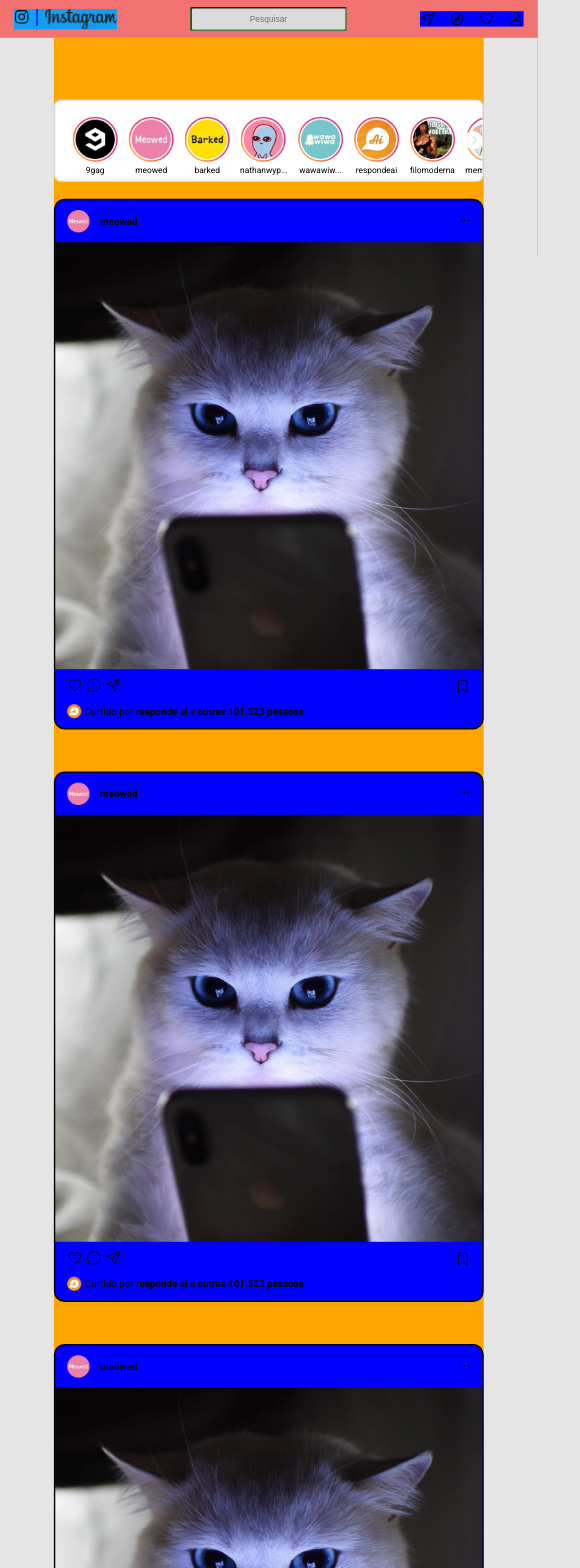
Repository: Zezinoo/proj-2-instagram-clone
Page: index.html
An editor plug-in stored every save of this project. The page is shown before and after the next save, followed by the edit.
The browser window is 768 px wide. The page is 768 px wide, then 829 px, then 768 px, so the pictures cover 829 px, including what lies to the right of the window. The pictures show the part of the page from y = 0 to 2240 px (the page is 2738 px tall), at 70% of full size.
Some web libraries are served in a nearby version.

Above is the page before, as saved 2022-06-05 03:57:39.

### index.html
<!DOCTYPE html>
<html lang="en">
<head>
    <meta charset="UTF-8">
    <meta http-equiv="X-UA-Compatible" content="IE=edge">
    <meta name="viewport" content="width=device-width, initial-scale=1.0">
    <link rel="stylesheet" href="reset.css">
    <link rel="stylesheet" href="style.css">
    <link rel="preconnect" href="https://fonts.googleapis.com">
    <link rel="preconnect" href="https://fonts.gstatic.com" crossorigin>
    <link href="https://fonts.googleapis.com/css2?family=Encode+Sans:wght@100;200;300;400;500;600;700&family=Roboto:ital,wght@0,100;0,300;0,400;0,500;0,700;1,100;1,300;1,400;1,500&display=swap" rel="stylesheet">
    <title>Instagram</title>
</head>
<body>
<div class="top">
    <div class = "align-top">
        <div class = "logo">
            <ion-icon name="logo-instagram" style="font-size:22px"></ion-icon>
        <div class="vertical-line"></div>
            <img src="./imgs/logo 1.svg" alt="">
    </div>
        <div class="search-bar">
            <input type="text" placeholder="Pesquisar">
        </div>
    <div class="top-icons">
        <ion-icon name="paper-plane-outline"></ion-icon>
        <ion-icon name="compass-outline"></ion-icon>
        <ion-icon name="heart-outline"></ion-icon>
        <ion-icon name="person-outline"></ion-icon>
    </div>
    </div>
</div>
<div class="top-medium">
    <div class="medium-logo">
        <ion-icon name="logo-instagram" style="font-size:22px"></ion-icon>
        <div class="vertical-line"></div>
        <img src="./imgs/logo 1.svg" alt="">
    </div>
    <div class="medium-search-bar">
        <input type="text" placeholder="Pesquisar">
    </div>
<div class="medium-top-icons">
    <ion-icon name="paper-plane-outline"></ion-icon>
    <ion-icon name="compass-outline"></ion-icon>
    <ion-icon name="heart-outline"></ion-icon>
    <ion-icon name="person-outline"></ion-icon>
</div>
</div>
<div class="feed">
    <div class="content">
        <div class="stories">
            <div class="story">
                <img src="./imgs/stories_background 3.png" alt="">
                <div class="user-logo">
                    <img src="./imgs/9gag 1.png" alt="">
                </div>
                <div class="user-name">
                    9gag
                </div>
            </div>
            <div class="story">
                <img src="./imgs/stories_background 3.png" alt="">
                <div class="user-logo">
                    <img src="./imgs/meowed 1.png" alt="">
                </div>
                <div class="user-name">
                    meowed
                </div>
            </div>
            <div class="story">
                <img src="./imgs/stories_background 3.png" alt="">
                <div class="user-logo">
                    <img src="./imgs/barked 1.png" alt="">
                </div>
                <div class="user-name">
                    barked
                </div>
            </div>
            <div class="story">
                <img src="./imgs/stories_background 3.png" alt="">
                <div class="user-logo">
                    <img src="./imgs/nathanwpylestrangeplanet 1.png" alt="">
                </div>
                <div class="user-name">
                    nathanwyp...
                </div>
            </div>
            <div class="story">
                <img src="./imgs/stories_background 3.png" alt="">
                <div class="user-logo">
                    <img src="./imgs/wawawiwacomicsa 1.png" alt="">
                </div>
                <div class="user-name">
                    wawawiw...
                </div>
            </div>
            <div class="story">
                <img src="./imgs/stories_background 3.png" alt="">
                <div class="user-logo">
                    <img src="./imgs/respondeai 1.png" alt="">
                </div>
                <div class="user-name">
                    respondeai
                </div>
            </div>
            <div class="story">
                <img src="./imgs/stories_background 3.png" alt="">
                <div class="user-logo">
                    <img src="./imgs/filomoderna 1.png" alt="">
                </div>
                <div class="user-name">
                    filomoderna
                </div>
            </div>
            <div class="story">
                <img src="./imgs/stories_background 3.png" alt="">
                <div class="user-logo">
                    <img src="./imgs/memeriagourmet 1.png" alt="">
                </div>
                <div class="user-name">
                    memeriagourmet
                </div>
                <div class="arrow">
                    <ion-icon name="chevron-forward-circle"></ion-icon>
                </div>
            </div>
        </div>
        <div class="post">
            <div class="info">
                <div class="op">
                    <img src="./imgs/meowed 2.png" alt="">
                    <div class="op-name">
                    meowed
                    </div>
                </div>
                <div class="dots">
                    <ion-icon name="ellipsis-horizontal"></ion-icon>
                </div>
            </div>
            <img src="./imgs/gato-telefone 1.png" alt="">
            <div class="bottom">
                <div class="post-icons">
                    <div class="left-icons">
                        <ion-icon name="heart-outline"></ion-icon>
                        <ion-icon name="chatbubble-outline"></ion-icon>
                        <ion-icon name="paper-plane-outline"></ion-icon>
                    </div>
                    <ion-icon name="bookmark-outline"></ion-icon>
                </div>
                <div class="comments">
                    <div class="follow-image">
                        <img src="./imgs/respondeai 2.png" alt="">
                    </div>
                    <div class="comment-message">
                        <p>Curtido por <strong>responde ai</strong> e <strong>outras 101.523 pessoas</strong></p>
                    </div>
                </div>
            </div>
        </div>
        <div class="post">
            <div class="info">
                <div class="op">
                    <img src="./imgs/meowed 2.png" alt="">
                    <div class="op-name">
                    meowed
                    </div>
                </div>
                <div class="dots">
                    <ion-icon name="ellipsis-horizontal"></ion-icon>
                </div>
            </div>
            <img src="./imgs/gato-telefone 1.png" alt="">
            <div class="bottom">
                <div class="post-icons">
                    <div class="left-icons">
                        <ion-icon name="heart-outline"></ion-icon>
                        <ion-icon name="chatbubble-outline"></ion-icon>
                        <ion-icon name="paper-plane-outline"></ion-icon>
                    </div>
                    <ion-icon name="bookmark-outline"></ion-icon>
                </div>
                <div class="comments">
                    <div class="follow-image">
                        <img src="./imgs/respondeai 2.png" alt="">
                    </div>
                    <div class="comment-message">
                        <p>Curtido por <strong>responde ai</strong> e <strong>outras 101.523 pessoas</strong></p>
                    </div>
                </div>
            </div>
        </div>
        <div class="post">
            <div class="info">
                <div class="op">
                    <img src="./imgs/meowed 2.png" alt="">
                    <div class="op-name">
                    meowed
                    </div>
                </div>
                <div class="dots">
                    <ion-icon name="ellipsis-horizontal"></ion-icon>
                </div>
            </div>
            <img src="./imgs/gato-telefone 1.png" alt="">
            <div class="bottom">
                <div class="post-icons">
                    <div class="left-icons">
                        <ion-icon name="heart-outline"></ion-icon>
                        <ion-icon name="chatbubble-outline"></ion-icon>
                        <ion-icon name="paper-plane-outline"></ion-icon>
                    </div>
                    <ion-icon name="bookmark-outline"></ion-icon>
                </div>
                <div class="comments">
                    <div class="follow-image">
                        <img src="./imgs/respondeai 2.png" alt="">
                    </div>
                    <div class="comment-message">
                        <p>Curtido por <strong>responde ai</strong> e <strong>outras 101.523 pessoas</strong></p>
                    </div>
                </div>
            </div>
        </div>
    </div>
    <div class="sidebar">
        <div class="user">
            <img src="./imgs/catanacomics 1.png" alt="">
            <div class="user-info">
                <div class="username">
                    catanacomics
                </div>
                <div class="name">
                    Catana
                </div>
            </div>
        </div>
        <div class="suggestion-text">
            <div class="recommended">
                Sugestões para voce
            </div>
            <div class="for-you">
                Ver tudo
            </div>
        </div>
        <div class="suggestion">
            <div class="suggestion-user">
                <img src="./imgs/badvibesmemes 1.png" alt="">
                <div class="user-info">
                    <div class="username">
                        bad.vibes.memes
                    </div>
                    <div class="name">
                        Segue você
                    </div>
                </div>
            </div>
            <div class="follow">
                Seguir
            </div>
        </div>
        <div class="suggestion">
            <div class="suggestion-user">
                <img src="./imgs/badvibesmemes 1.png" alt="">
                <div class="user-info">
                    <div class="username">
                        bad.vibes.memes
                    </div>
                    <div class="name">
                        Segue você
                    </div>
                </div>
            </div>
            <div class="follow">
                Seguir
            </div>
        </div>
        <div class="suggestion">
            <div class="suggestion-user">
                <img src="./imgs/badvibesmemes 1.png" alt="">
                <div class="user-info">
                    <div class="username">
                        bad.vibes.memes
                    </div>
                    <div class="name">
                        Segue você
                    </div>
                </div>
            </div>
            <div class="follow">
                Seguir
            </div>
        </div>
        <div class="suggestion">
            <div class="suggestion-user">
                <img src="./imgs/badvibesmemes 1.png" alt="">
                <div class="user-info">
                    <div class="username">
                        bad.vibes.memes
                    </div>
                    <div class="name">
                        Segue você
                    </div>
                </div>
            </div>
            <div class="follow">
                Seguir
            </div>
        </div>
        <div class="suggestion">
            <div class="suggestion-user">
                <img src="./imgs/badvibesmemes 1.png" alt="">
                <div class="user-info">
                    <div class="username">
                        bad.vibes.memes
                    </div>
                    <div class="name">
                        Segue você
                    </div>
                </div>
            </div>
            <div class="follow">
                Seguir
            </div>
        </div>
        <div class="help-text">
            <p>Sobre • Ajuda • Imprensa • API • Carreiras • Privacidade •
                Termos • Localizações • Contas mais relevantes • Hashtags •
                Idioma</p>
        </div>
        <div class="trademark">
            <p>© 2021 INSTAGRAM DO FACEBOOK</p>
        </div>
    </div>
</div>
<script src="https://unpkg.com/ionicons@5.4.0/dist/ionicons.js"></script>

</body>
</html>

### style.css

body{
    background-color: #e5e5e5;
    display: flex;
    flex-direction: column;
    align-items: center;
    justify-content: center;
    font-family: 'Roboto', sans-serif;
}


.top {
    width: 100%;
    height: 54px;
    display: flex;
    flex-direction: row;
    justify-content: space-around;
    align-items: center;
    background-color: rgba(255, 0, 0, 0.5);
    position: relative;
}

.align-top{
    display: flex;
    flex-direction: row;
    align-items: center;
    justify-content: space-between;
    position: absolute;
    left: 215px;
    z-index: 1;
}

.logo{
    display: flex;
    position: relative;
    align-items: flex-start;
    width: 100%;
    margin-right: 214px;
}

.vertical-line{
    height: 22px;
    margin: 0 10px;
    border: blue 1px solid;
}

.search-bar{
    margin-right: 212px;
}

.search-bar input{
    height: 28px;
    width: 215px;
    border-radius: 4px;
}

.top-icons{
    width: 100%;
    display: flex;
    flex-direction:row;
    justify-content:space-between;
    background-color:blue;
}

.top-icons ion-icon{
    font-size: 22px;
    margin-right: 20px;
}
.top-icons ion-icon:nth-child(4){
    margin-right: 0px;
}

.feed {
    display: flex;
    flex-direction: row;
    position: absolute;
    top: 54px;
    left: 215px;
}


.content{
    display: flex;
    flex-direction: column;
    background-color: orange;
}

strong{
    font-weight: bold;
}

.stories{
    margin-top: 88px;
    margin-bottom: 24px;
    width: 614px;
    height:118px;
    display: flex;
    flex-direction: row;
    align-items: center;
    position: relative;
    justify-content: flex-start;
    background-color: #FFFFFF;
    overflow: hidden;
    border-radius: 10px;
    border: 2px solid #DBDBDB;
    box-sizing: border-box;
}
.stories .story:nth-child(1){
    margin-left:24px;
}

.story{
    display: flex;
    flex-direction: column;
    justify-content: center;
    margin-right: 14px;
    margin-top: 20px;
    position: relative;
}

.story img{
    width: 66px;
    height: 66px;
}

.story .user-logo{
    display: flex;
    position: absolute;
    top: 5px;
    left: 5px;
    z-index: 1;
}

.story .user-name{
    margin-top: 5px;
    display: flex;
    justify-content: center;
    height: 19px;
    font-size: 12px;
}

.user-logo img{
    width: 56px;
    height: 56px;
}

.arrow {
    position: absolute;
    top: 18px;
    left: -5px;
    font-size: 32px;
    z-index: 3;
    color: #FFFFFF ;
    text-shadow: 60px -16px green;
}

.post{
    background-color: blue;
    display: flex;
    flex-direction: column;
    width: 614px;
    border: 2px solid ;
    border-radius: 15px;
    box-sizing: border-box;
    margin-bottom: 60px;

}

.post .info {
    height: 60px;
    display: flex;
    align-items: center;
    justify-content: space-between;
}

.post .info .op{
    display: flex;
    flex-direction: row;
    box-sizing: border-box;
    margin-left: 17px;
    justify-content: space-evenly;
    align-items: center;
}

.op .op-name{
    margin-left: 15px;
    font-weight: bold;
    font-size: 14px;
}

.info .dots{
    margin-right: 17px;
    font-size: 16px;
}

.post .bottom{
    margin: 0 17px;
    margin-top: 10px;
}

.bottom .post-icons{
    height: 30px;
    font-size: 22px;
    display: flex;
    justify-content: space-between;
    align-items: center;
}

.post-icons .left-icons{
    margin-right: 14px;
}

.bottom .comments{
    display: flex;
    align-items: center;
    margin-top: 10px;
    margin-bottom: 14px;
}
.comments .follow-image{
    height: 20px;
    width: 20px;
    margin-right: 5px;
}
.follow-image img{
    width: 100%;
    height: 100%;
}

.comments .comment-message{
    font-size: 14px;
}

.sidebar{
    background-color: green;
    margin-left: 38px;
    width: 293px;
    height: 100%;
    box-sizing: border-box;
}

.sidebar .user{
    height: 56px;
    display: flex;
    align-items: center;
    margin-bottom: 24px;
}

.user .user-info{
    margin-left: 17px;
    display: flex;
    flex-direction: column;
    font-size: 14px;
}
.user-info .username{
    font-weight: bold;
}

.user-info .name{
    color: #8E8E8E;
}

.sidebar .suggestion-text{
    display: flex;
    justify-content: space-between;
    margin-bottom: 17px;
    font-size: 12px;
}

.suggestion-text .recommended{
    color: #8E8E8E;
}

.suggestion-text .for-you{
    font-weight: bold;
}

.sidebar .suggestion{
    display: flex;
    justify-content: space-between;
    align-items: center;
    margin-bottom: 16px;
}
.suggestion-user{
    display: flex;
    align-items: center;
}

.suggestion-user .user-info{
    margin-left: 17px;
    display: flex;
    flex-direction: column;
    font-size: 12px;
}
.user-info .username{
    font-weight: bold;
}

.user-info .name{
    color: #8E8E8E;
}

.suggestion .follow {
    font-size: 12px;
    color: #139EF2;
}

.suggestion:nth-child(7){
    margin-bottom: 0px;
}

.sidebar .help-text{
    margin-top: 33px;
    margin-bottom: 18px;
    font-size: 11px;
    color: #C7C7C7;
}

.sidebar .trademark{
    font-size: 11px;
    color: #C7C7C7;
}

.top-medium{
    width: 100%;
    height: 54px;
    display: flex;
    flex-direction: row ;
    justify-content: space-between;
    align-items: center;
    background-color: rgba(255, 0, 0, 0.5);
    position: relative;
}

.medium-logo{
    width: 10px;
    background-color: #139EF2;
    display:flex;
    flex-basis: content;
    align-items: flex-start;
    width: 100%;
    margin-left: 20px;
}

.medium-vertical-line{
    height: 22px;
    margin: 0 10px;
    border: blue 1px solid;
}
.medium-search-bar{
    background-color: green;
}

.medium-search-bar input{
    height: 28px;
    width: 215px;
    border-radius: 4px;
    text-align: center;
    background-color: #DBDBDB;
    color: #979797;
    font-size: 12px;
}

.medium-top-icons{
    display: flex;
    flex-direction:row;
    justify-content:space-between;
    background-color:blue;
    margin-right: 20px;
}

.medium-top-icons ion-icon{
    font-size: 22px;
    margin-right: 20px;
}
.medium-top-icons ion-icon:nth-child(4){
    margin-right: 0px;
}

.top-medium{
    display: none;
}

@media(max-width:935px){
    .body{
        display: flex;
        flex-direction: column;
        justify-content: center;
        align-items: center;
    }
    .top{
        display: none;
    }

    .top-medium{
        display: flex;
    }

    .sidebar{
        display: none;
    }
    .feed{
        position: static;
        justify-content: ce;
    }
}

/*fix top*/

Loaded but not shown: reset.css (common file)

After the next save:
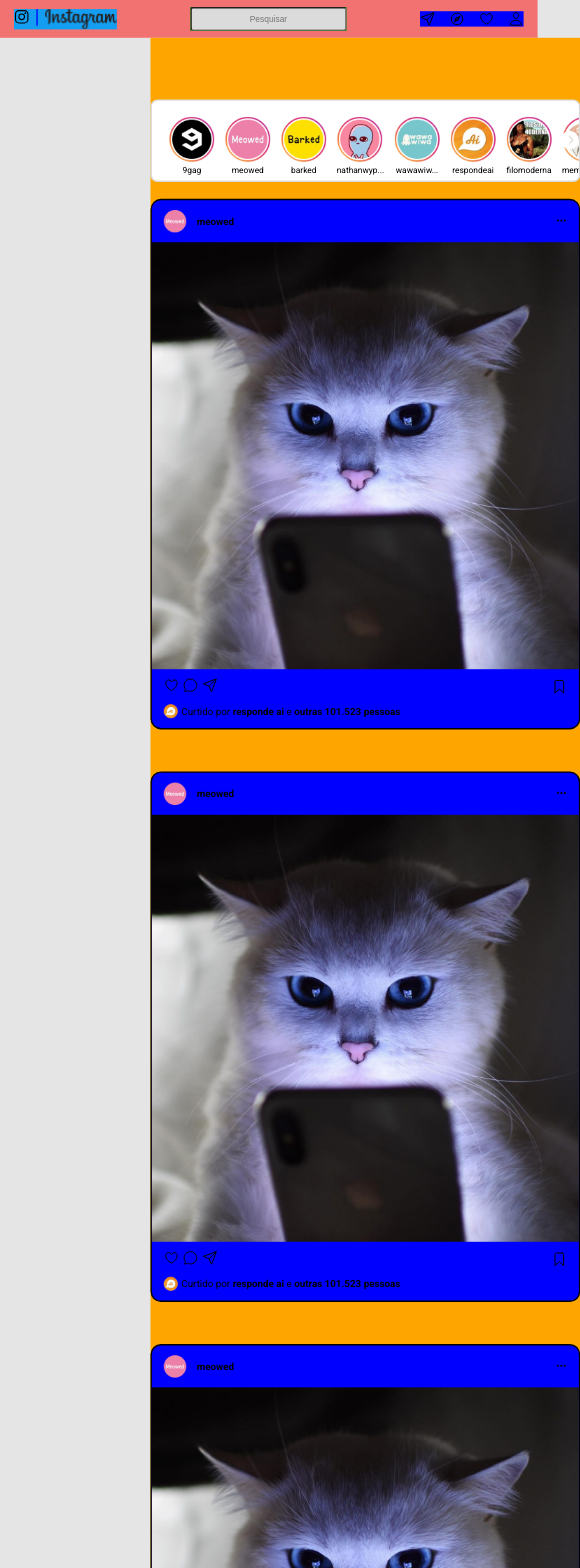
Saved 2 min 48 s later.
--- a/style.css
+++ b/style.css
@@ -398,9 +398,14 @@
     .sidebar{
         display: none;
     }
-    .feed{
-        position: static;
-        justify-content: ce;
+}
+
+@media(max-widht:614px){
+    .top-medium{
+        display: none;
+    }
+    .top-mobile{
+        display: flex;
     }
 }
 

After the save that followed:
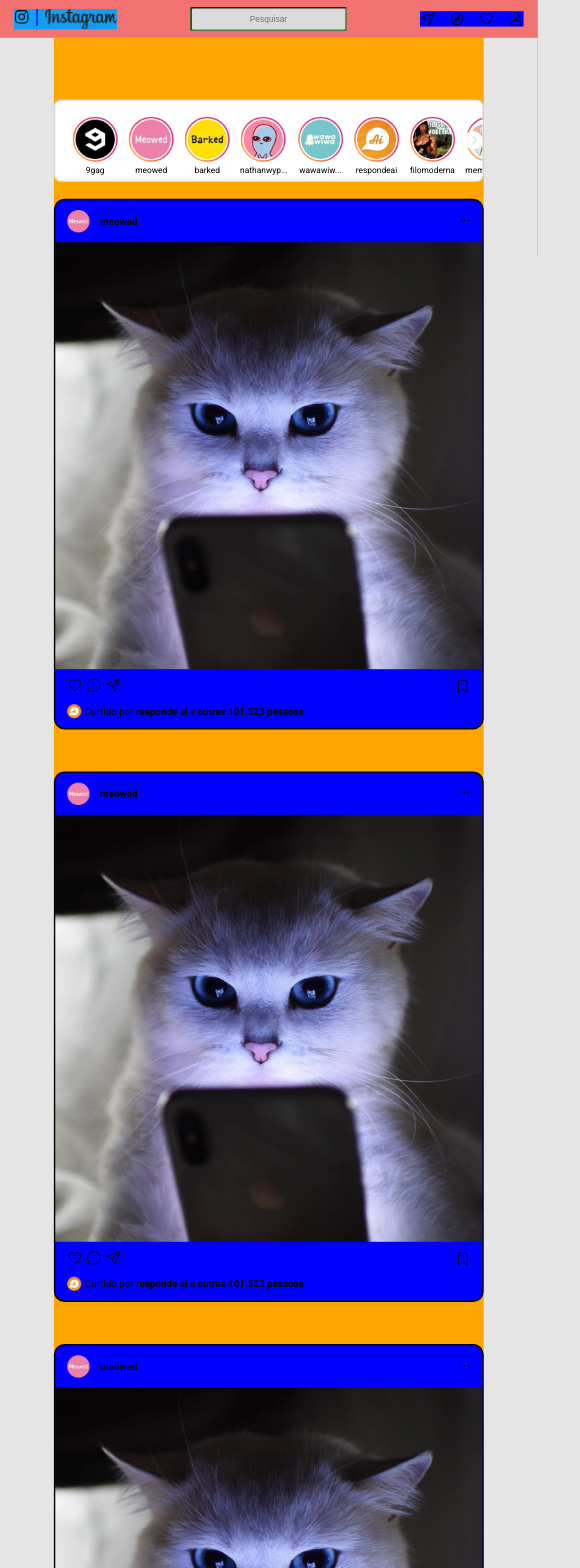
Saved 33 s later.
--- a/style.css
+++ b/style.css
@@ -398,15 +398,10 @@
     .sidebar{
         display: none;
     }
-}
-
-@media(max-widht:614px){
-    .top-medium{
-        display: none;
+    .feed{
+        position: static;
+        justify-content: ce;
     }
-    .top-mobile{
-        display: flex;
-    }
 }
 
 /*fix top*/
